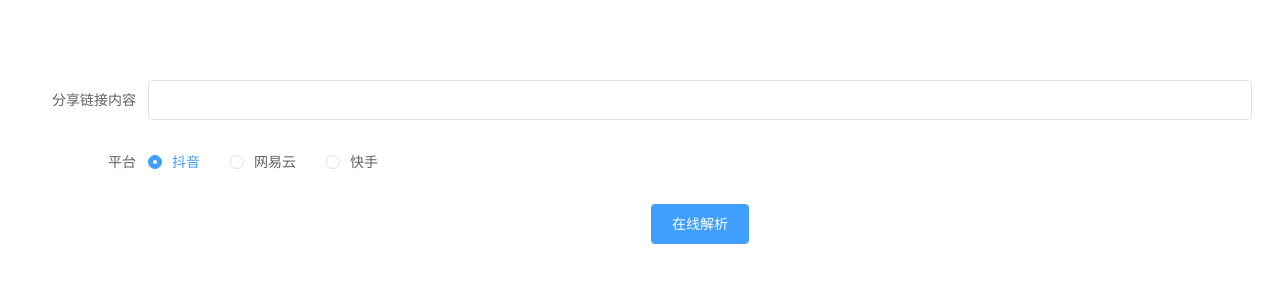
Repository: lyln/freepd
Page: / (app in frontend/freepd/)
An editor plug-in stored every save of this project. The page is shown before and after the next save, followed by the edit.
The browser window is 1280 px wide. The pictures show the whole page.
The project was rebuilt for these pictures with package versions that can differ from the ones it lists, and the page was loaded fresh each time.

Above is the page before, as saved 2022-05-22 17:53:53.

### frontend/freepd/index.html
<!DOCTYPE html>
<html>
  <head>
    <meta charset="utf-8">
    <meta name="viewport" content="width=device-width,initial-scale=1.0">
    <title>freepd</title>
  </head>
  <body>
    <div id="app"></div>
    <!-- built files will be auto injected -->
  </body>
</html>

### frontend/freepd/src/main.js
// The Vue build version to load with the `import` command
// (runtime-only or standalone) has been set in webpack.base.conf with an alias.
import Vue from 'vue'
import App from './App'
import router from './router'
import ElementUI from 'element-ui';
import 'element-ui/lib/theme-chalk/index.css';

Vue.config.productionTip = false
Vue.use(ElementUI)

/* eslint-disable no-new */
new Vue({
  el: '#app',
  router,
  components: { App },
  template: '<App/>'
})

### frontend/freepd/src/App.vue
<template>
	<div id="app">
		<router-view />
	</div>
</template>

<script>
export default {
	name: 'App',
}
</script>

<style>
#app {
	font-family: 'Avenir', Helvetica, Arial, sans-serif;
	-webkit-font-smoothing: antialiased;
	-moz-osx-font-smoothing: grayscale;
	text-align: center;
	color: #2c3e50;
	margin-top: 60px;
}
</style>

### frontend/freepd/src/components/HelloWorld.vue
<template>
	<el-container>
		<el-main style="wide: 80%">
			<el-row>
				<el-col :span="24">
					<div class="grid-content bg-purple-dark"></div>

					<el-form ref="form" :model="form" label-width="120px">
						<el-form-item label="分享链接内容">
							<el-input v-model="form.url"></el-input>
						</el-form-item>
						<el-form-item label="平台" label-width="120px">
							<div style="text-align: left">
								<el-radio-group v-model="form.type">
									<el-radio :label="1">抖音</el-radio>
									<el-radio :label="2">网易云</el-radio>
									<el-radio :label="3">快手</el-radio>
								</el-radio-group>
							</div>

						</el-form-item>
						<el-form-item>
							<el-button type="primary" @click="onSubmit">在线解析</el-button>
						</el-form-item>
					</el-form>

				</el-col>
			</el-row>
		</el-main>
	</el-container>

</template>
<script>
export default {
	name: 'HelloWorld',
	data() {
		return {
			msg: 'free parse download',
			form: {
				url: '',
				type: 1,
			},
		}
	},
	methods: {
		onSubmit() {
			console.log('submit!')
		},
	},
}
</script>

<!-- Add "scoped" attribute to limit CSS to this component only -->
<style scoped>
h1,
h2 {
	font-weight: normal;
}
ul {
	list-style-type: none;
	padding: 0;
}
li {
	display: inline-block;
	margin: 0 10px;
}
a {
	color: #42b983;
}
</style>

Loaded but not shown: frontend/freepd/src/router/index.js (common file)

After the next save:
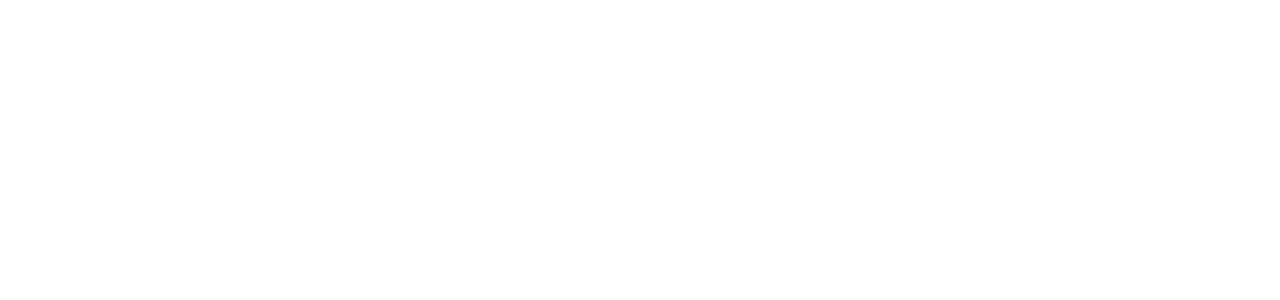
Console error (its wording comes from the project's code and is left out).
Saved 68 s later.
--- a/frontend/freepd/src/components/HelloWorld.vue
+++ b/frontend/freepd/src/components/HelloWorld.vue
@@ -1,6 +1,6 @@
 <template>
 	<el-container>
-		<el-main style="wide: 80%">
+		<el-main style="wide: 80%" box-shadow: 0 2px 4px rgba(0, 0, 0, .12), 0 0 6px rgba(0, 0, 0, .04)>
 			<el-row>
 				<el-col :span="24">
 					<div class="grid-content bg-purple-dark"></div>

After the 2 saves that followed:
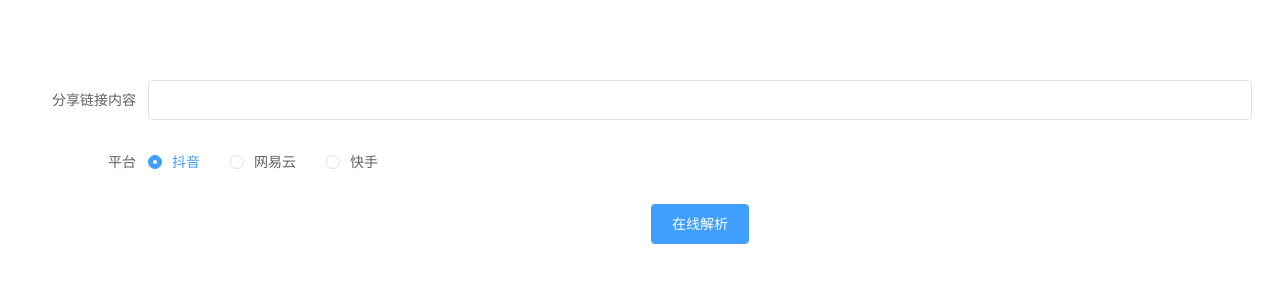
The error is gone.
The 2 saves are shown as one change because 1 did not build or start.
The last was saved 13 s later.
--- a/frontend/freepd/src/components/HelloWorld.vue
+++ b/frontend/freepd/src/components/HelloWorld.vue
@@ -1,6 +1,6 @@
 <template>
 	<el-container>
-		<el-main style="wide: 80%" box-shadow: 0 2px 4px rgba(0, 0, 0, .12), 0 0 6px rgba(0, 0, 0, .04)>
+		<el-main style="wide: 80%">
 			<el-row>
 				<el-col :span="24">
 					<div class="grid-content bg-purple-dark"></div>
